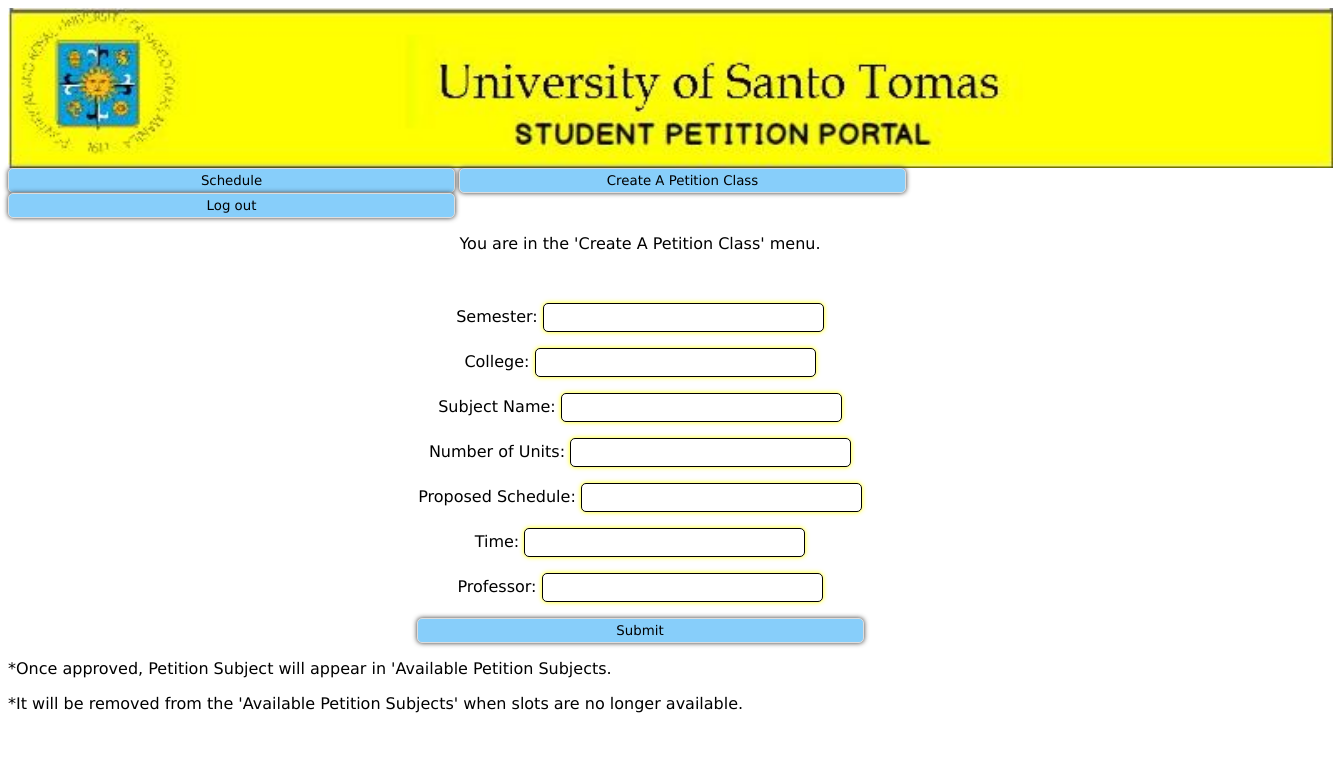
Repository: mawewatistel/PetitioningSystem
Page: http://localhost/SibuloTolentino/create.jsp
These files come from the project's save history. The page is drawn as it stood at one moment and after the next save; the edit follows.
The browser window is 1280 px wide. The page is 1333 px wide, then 1338 px, so the pictures cover 1338 px, including what lies to the right of the window. The pictures show the whole page.
The page is served by Tomcat 9.

Above is the page before, as saved 2016-05-10 04:24:12.

After the next save:
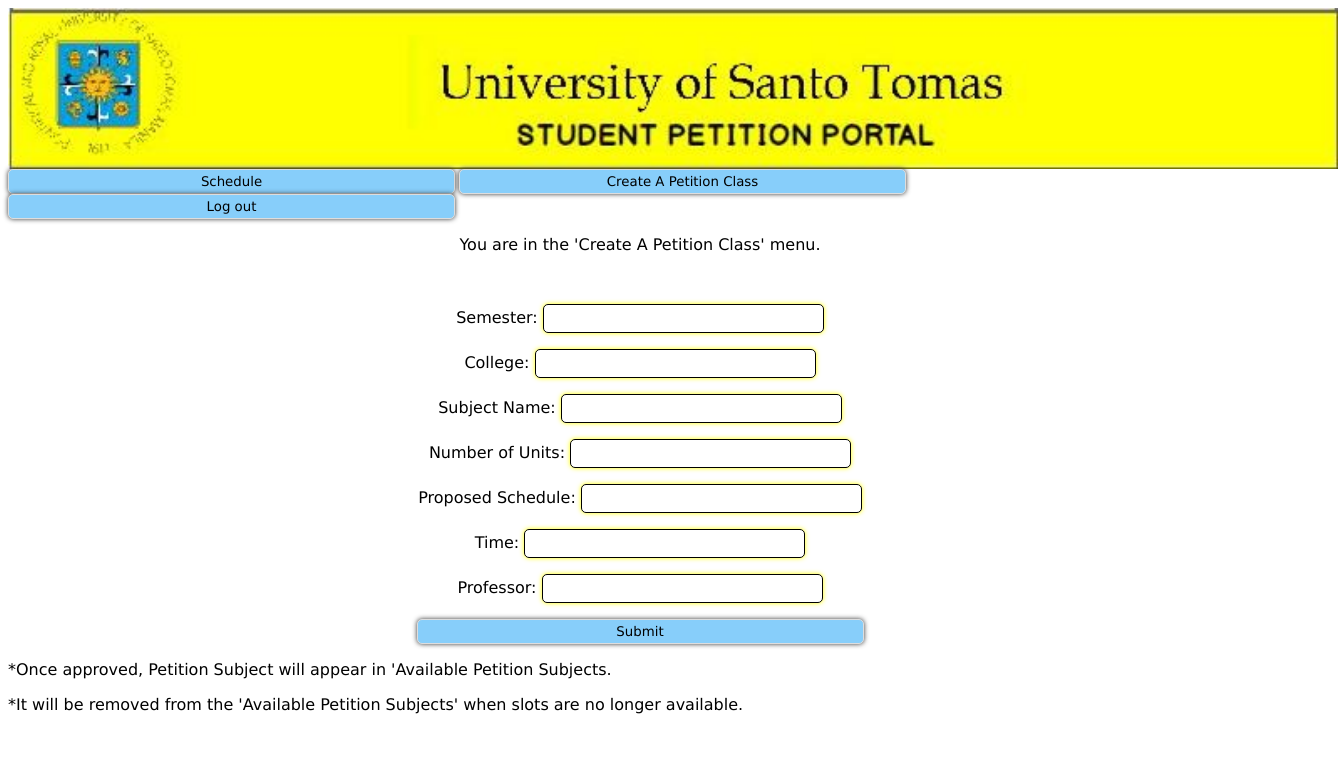
Saved 14 s later.
--- a/SibuloTolentino/WebContent/create.jsp
+++ b/SibuloTolentino/WebContent/create.jsp
@@ -8,7 +8,7 @@
 </head>
 <body>
 <form action ="petitionclasssubmit.jsp" method = "post">
-<img src ="Images/ust.JPG" alt = "Missing Image!=" width = 1325 height= ><br>
+<img src ="Images/ust.JPG" alt = "Missing Image!=" width = 1330 height= ><br>
 <form><input type="submit" name="one" value="Schedule"/>
 	<input type="submit" name="two"
 			value="Create A Petition Class" >
